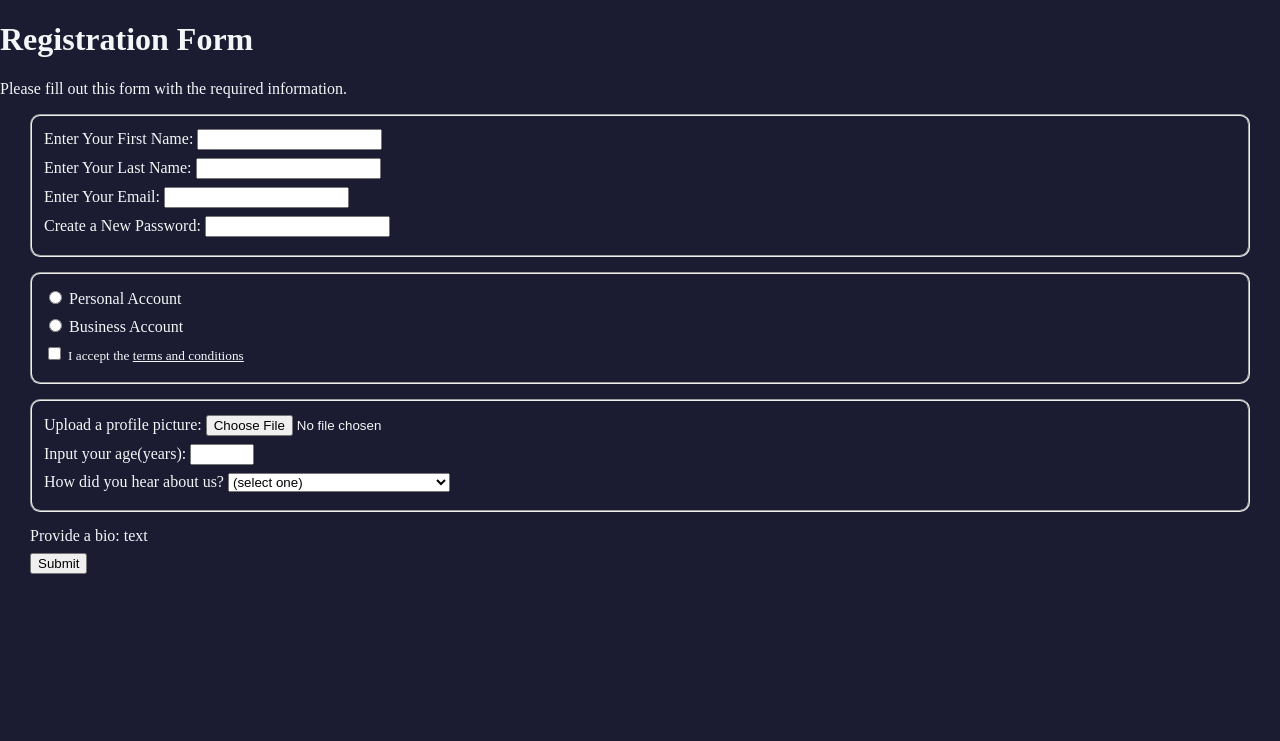
Repository: Lungdjos/registration_form
Page: index.html
An editor plug-in stored every save of this project. The page is shown before and after the next save, followed by the edit.
The browser window is 1280 px wide. The pictures show the whole page.

Above is the page before, as saved 2023-09-28 16:02:36.

### index.html
<!DOCTYPE html>
<html lang="en">

<head>
    <meta charset="UTF-8">
    <meta name="viewport" content="width=device-width, initial-scale=1.0">
    <title>Registration Form</title>
    <link rel="stylesheet" href="indexStyles.css">
</head>

<body>
    <h1>Registration Form</h1>
    <p>Please fill out this form with the required information.</p>
    <form action="https://register-demo.freecodecamp.org" method="post">
        <fieldset>
            <label for="first-name">Enter Your First Name: <input type="text" id="first-name" required> </label>
            <label for="last-name">Enter Your Last Name: <input type="text" id="last-name" required> </label>
            <label for="email">Enter Your Email: <input type="email" id="email" required> </label>
            <label for="new-password">Create a New Password: <input type="password" id="new-password" pattern="[A-Za-z0-9]{8,}" minlength="8" required> </label>
        </fieldset>
        <fieldset>
            <label for="personal-account"> <input type="radio" name="account-type" id="personal-account"> Personal Account</label>
            <label for="business-account"> <input type="radio" name="account-type" id="business-account"> Business Account</label>
            <label for="terms-and-conditions"> <input type="checkbox" name="" id="terms-and-conditions" required> <small>I accept the <a href="https://www.freecodecamp.org/news/terms-of-service/">terms and conditions</a> </small> </label>
        </fieldset>
        <fieldset>
            <label for="profile-pic">Upload a profile picture: <input type="file" name="" id="profile-pic"></label>
            <label for="age">Input your age(years): <input type="number" name="" id="" min="13" max="100"> </label>

            <label for=""> How did you hear about us?
                <select name="" id="">
                    <option value="">(select one)</option>
                    <option value="1">freeCodeCamp News</option>
                    <option value="2">freeCodeCamp YouTube Channel</option>
                    <option value="3">freeCodeCamp Forum</option>
                    <option value="4">Other</option>
                </select>
            </label>
        </fieldset>
        <label for="">Provide a bio: text </label>
        <input type="submit" value="Submit" name="" id="">
    </form>
</body>

</html>

### indexStyles.css
/* CSS for the Registration Form */

body {
    width: 100%;
    height: 100vh;
    /* will need to set the value to */
    margin: auto;
    background-color: #1b1b32;
    color: #f5f6f7;
}

label {
    display: block;
    margin: .5rem 0;
}

a {
    color: #f5f6f7;
}

form {
    margin: 0px 30px 0px 30px;
}

fieldset {
    margin: 15px 0px 15px 0px;
    border-radius: 10px;
}

After the next save:
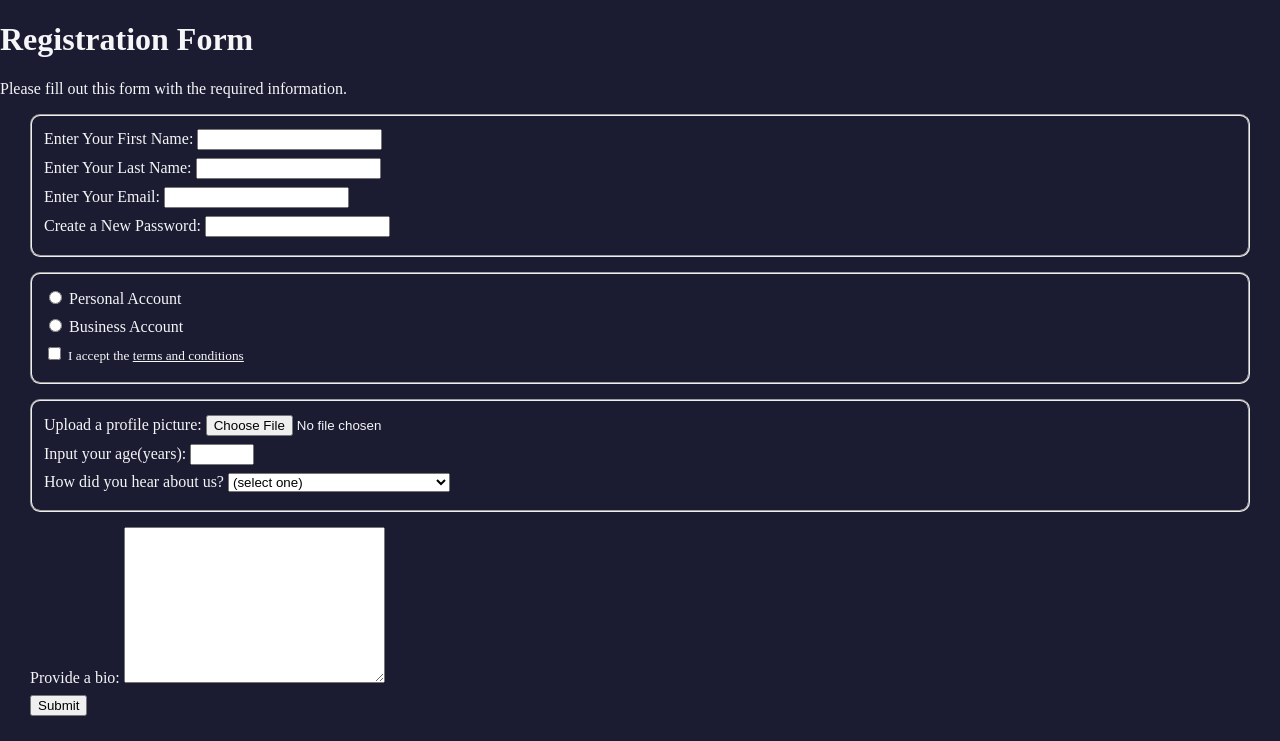
Saved 4 s later.
--- a/index.html
+++ b/index.html
@@ -37,7 +37,7 @@
                 </select>
             </label>
         </fieldset>
-        <label for="">Provide a bio: text </label>
+        <label for="">Provide a bio: <textarea name="" id="" cols="30" rows="10"></textarea> </label>
         <input type="submit" value="Submit" name="" id="">
     </form>
 </body>
